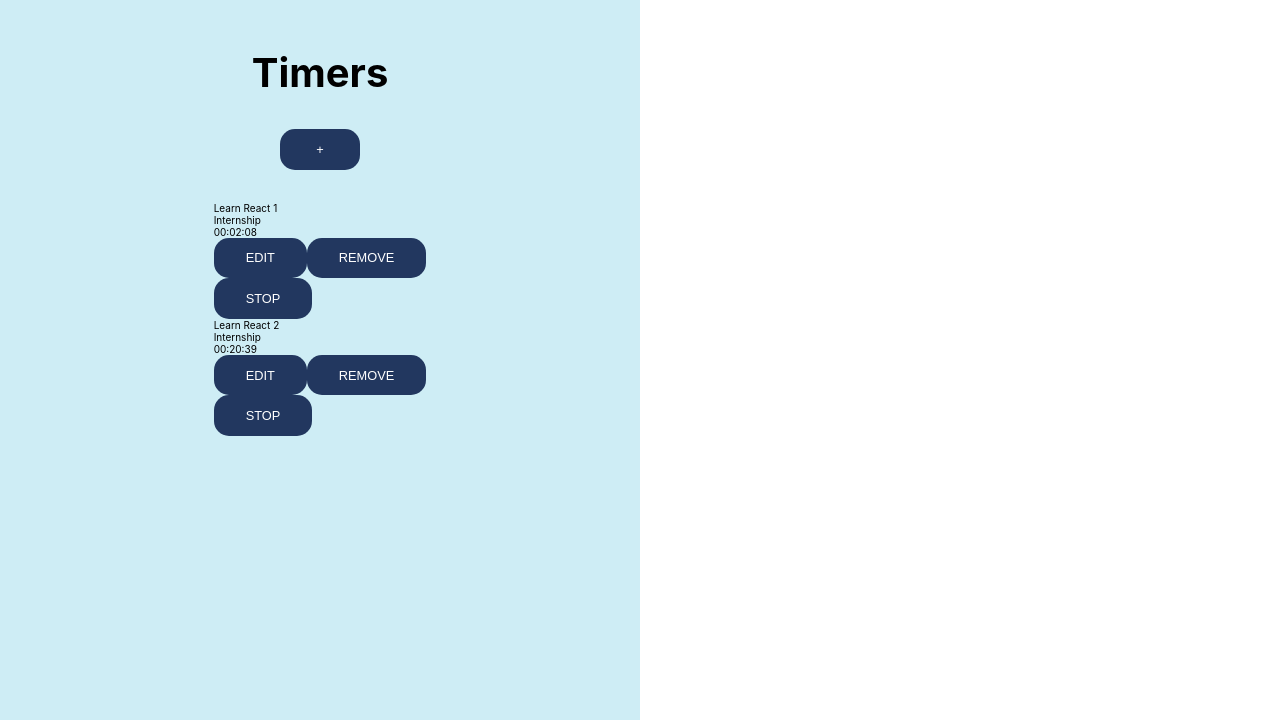
Repository: dqhuy153/react-timer
Page: /
The author's editor kept a copy of each file at every save. The page is drawn from the files as they stood at one save, then again after the next save.
The browser window is 1280 px wide. The pictures show the whole page.
The project was rebuilt for these pictures with package versions that can differ from the ones it lists, and the page was loaded fresh each time. Also part of the build but not shown: src/components/TimerForm/TimerForm.module.scss, src/components/TimerForm/index.jsx.

Above is the page before, as saved 2021-10-26 15:59:15.

### src/index.css
* {
  padding: 0;
  margin: 0;
  box-sizing: border-box;
}

body {
  margin: 0;
  font-family: -apple-system, BlinkMacSystemFont, 'Segoe UI', 'Roboto', 'Oxygen',
    'Ubuntu', 'Cantarell', 'Fira Sans', 'Droid Sans', 'Helvetica Neue',
    sans-serif;
  -webkit-font-smoothing: antialiased;
  -moz-osx-font-smoothing: grayscale;

  font-size: 62.5%;
}

code {
  font-family: source-code-pro, Menlo, Monaco, Consolas, 'Courier New',
    monospace;
}

### src/App.js
import { useEffect, useRef, useState } from 'react';
import './App.scss';

import EditableTimerForm from './components/EditableTimerForm';
import ToggleableTimerForm from './components/ToggeableTimerForm';

function App() {
  const timerRef = useRef();
  const [timers, setTimers] = useState([
    {
      id: 1,
      title: 'Learn React 1',
      project: 'Internship',
      time: 123454,
      isRunning: true,
    },
    {
      id: 2,
      title: 'Learn React 2',
      project: 'Internship',
      time: 1234545,
      isRunning: true,
    },
  ]);

  const handleUpdateTimer = (data) => {
    const newTimers = timers.map((timer, idx) => {
      if (timer.id === data.id) {
        return {
          ...timer,
          title: data.title,
          project: data.project,
        };
      }

      return timer;
    });

    setTimers(newTimers);
  };

  useEffect(() => {
    clearTimeout(timerRef.current);

    timerRef.current = setTimeout(() => {
      const newTimers = timers.map((timer, idx) => {
        if (timer.isRunning)
          return {
            ...timer,
            time: timer.time + 1000,
          };

        return timer;
      });

      setTimers(newTimers);
    }, 1000);
  }, [timers]);

  return (
    <div className="App">
      <h1>Timers</h1>

      <ToggleableTimerForm />

      {timers.map((timer) => {
        return (
          <EditableTimerForm
            key={timer.id}
            id={timer.id}
            title={timer.title}
            project={timer.project}
            timer={timer.time}
            isRunning={timer.isRunning}
          />
        );
      })}
    </div>
  );
}

export default App;

### src/App.scss
.App {
  display: flex;
  justify-content: flex-start;
  align-items: center;
  flex-direction: column;
  padding: 3rem 0;
  background: #ceedf5;
  height: 100vh;
  width: 50%;

  h1 {
    font-size: 2.5rem;
  }
}

### src/components/EditableTimerForm/index.jsx
import React from 'react';
import Timer from '../Timer';
import TimerForm from '../TimerForm';

const EditableTimerForm = ({ id, title, project, timer, isRunning }) => {
  const isEdit = false;

  if (isEdit)
    return (
      <TimerForm
        id={id}
        title={title}
        project={project}
        timer={timer}
        // onCancel={handleCancelFomr}
      />
    );

  return (
    <Timer
      id={id}
      title={title}
      project={project}
      timer={timer}
      isRunning={isRunning}
    />
  );
};

export default EditableTimerForm;

### src/components/ToggeableTimerForm/index.jsx
import { useState } from 'react';
import Button from '../Button';
import TimerForm from '../TimerForm';

import styles from './ToggleableTimerForm.module.scss';

const ToggleableTimerForm = ({ onCreate, ...props }) => {
  const [isOpen, setIsOpen] = useState(false);

  const handleOpenForm = () => {
    setIsOpen(true);
  };

  const handleCloseForm = () => {
    setIsOpen(false);
  };

  const content = isOpen ? (
    <TimerForm onCancel={handleCloseForm} />
  ) : (
    <Button onClick={handleOpenForm}>+</Button>
  );

  return <div className={styles.container}>{content}</div>;
};

export default ToggleableTimerForm;

### src/components/Timer/index.jsx
import React from 'react';
import { millisecondsToHuman } from '../../utils/TimerUtils';
import Button from '../Button';

const Timer = ({ title, project, timer, isRunning }) => {
  const buttonLabel = isRunning ? 'STOP' : 'START';

  return (
    <div>
      <p>{title}</p>
      <p>{project}</p>
      <p>{millisecondsToHuman(timer)}</p>

      <div>
        <Button>EDIT</Button>
        <Button>REMOVE</Button>
      </div>

      <Button>{buttonLabel}</Button>
    </div>
  );
};

export default Timer;

### src/components/Button/index.jsx
import React from 'react';

import styles from './Button.module.scss';

const Button = ({ children, onClick, className, ...rest }) => {
  return (
    <button
      className={`${styles.container} ${className}`}
      onClick={onClick}
      children={children}
      {...rest}
    ></button>
  );
};

export default Button;

### src/components/ToggeableTimerForm/ToggleableTimerForm.module.scss
.container {
  margin: 2rem;
}

### src/utils/TimerUtils.js
import { v4 as uuidv4 } from 'uuid';

export const millisecondsToHuman = (ms) => {
  const seconds = Math.floor((ms / 1000) % 60);
  const minutes = Math.floor((ms / 1000 / 60) % 60);
  const hours = Math.floor(ms / 1000 / 60 / 60);

  const humanized = [
    pad(hours.toString(), 2),
    pad(minutes.toString(), 2),
    pad(seconds.toString(), 2),
  ].join(':');

  return humanized;
};

const pad = (numberString, size) => {
  let padded = numberString;
  while (padded.length < size) {
    padded = `0${padded}`;
  }
  return padded;
};

export const newTimer = (attrs = {}) => {
  const timer = {
    title: attrs.title || 'Timer',
    project: attrs.project || 'Project',
    id: uuidv4(),
    elapsed: 0,
    isRunning: false,
  };

  return timer;
};

### src/components/Button/Button.module.scss
.container {
  padding: 0.8rem 2rem;
  min-width: 5rem;
  background: rgb(34, 55, 95);
  border: none;
  color: #fff;
  border-radius: 15px;
  font-size: 0.8rem;
  cursor: pointer;
  transition: all 0.2s linear;

  &:hover {
    box-shadow: rgba(100, 100, 111, 0.3) 0px 7px 29px 0px;
    background: #fff;
    color: rgb(34, 55, 95);
    font-weight: bold;
  }

  &:active {
    transform: translateY(2px);
  }
}

Loaded but not shown: public/index.html (common file); src/index.js (common file); src/reportWebVitals.js (common file)

After the next save:
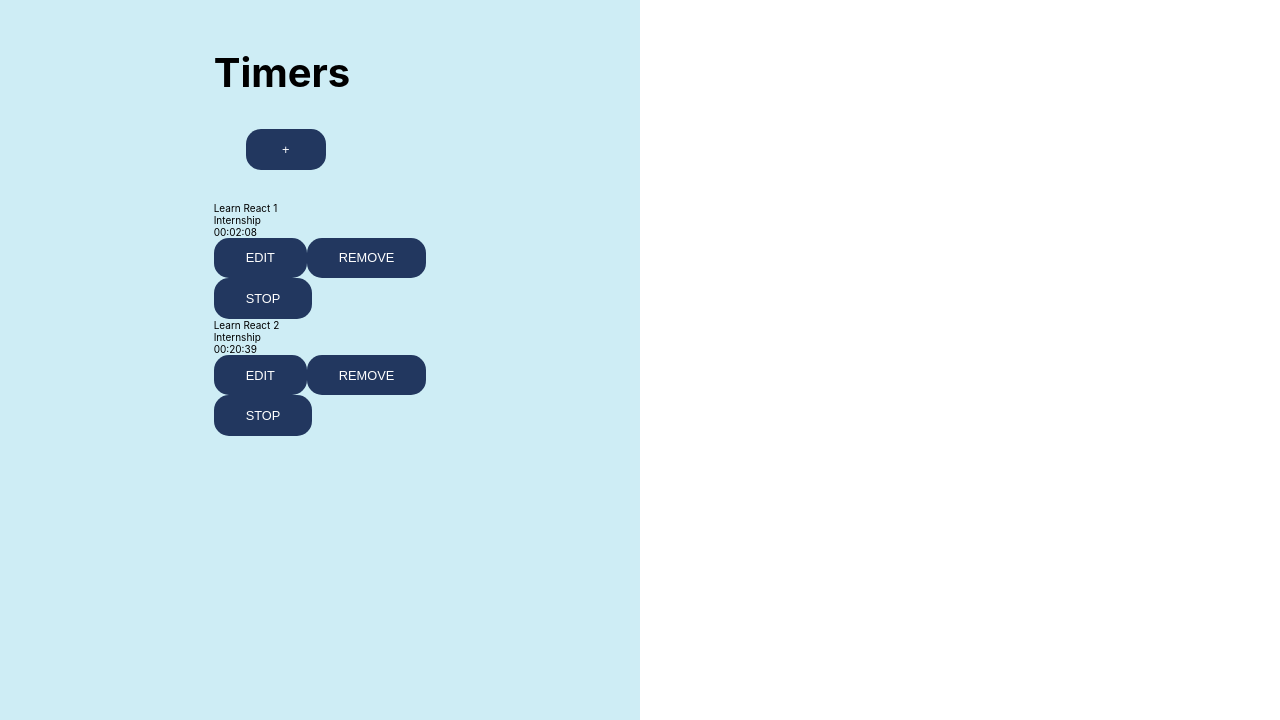
Saved 49 s later.
--- a/src/App.js
+++ b/src/App.js
@@ -59,22 +59,24 @@ function App() {
 
   return (
     <div className="App">
-      <h1>Timers</h1>
+      <div className="body">
+        <h1>Timers</h1>
 
-      <ToggleableTimerForm />
+        <ToggleableTimerForm />
 
-      {timers.map((timer) => {
-        return (
-          <EditableTimerForm
-            key={timer.id}
-            id={timer.id}
-            title={timer.title}
-            project={timer.project}
-            timer={timer.time}
-            isRunning={timer.isRunning}
-          />
-        );
-      })}
+        {timers.map((timer) => {
+          return (
+            <EditableTimerForm
+              key={timer.id}
+              id={timer.id}
+              title={timer.title}
+              project={timer.project}
+              timer={timer.time}
+              isRunning={timer.isRunning}
+            />
+          );
+        })}
+      </div>
     </div>
   );
 }
